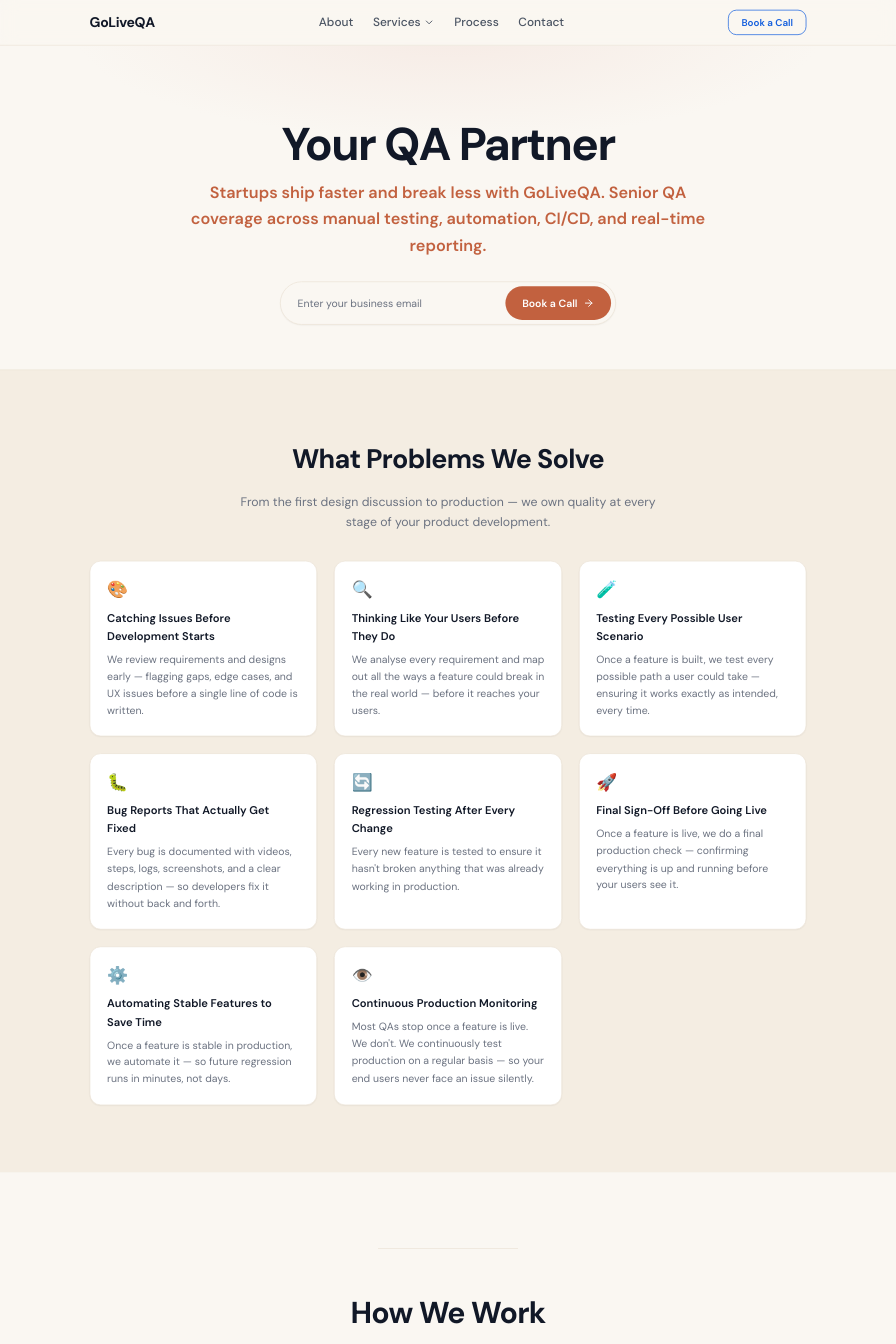
Repository: Monika281992/GoLiveQA
Page: /
The author's editor kept a copy of each file at every save. The page is drawn from the files as they stood at one save, then again after a run of saves.
The browser window is 1280 px wide. The pictures show the part of the page from y = 0 to 1920 px (the page is 4089 px tall before and 4613 px after), at 70% of full size.
The project was rebuilt for these pictures with package versions that can differ from the ones it lists, and the page was loaded fresh each time. The framework's server and built-in components were replaced by stand-ins that run in the browser. Also part of the build but not shown: next.config.mjs.

Above is the page before, as saved 2026-06-27 14:16:11.

### app/layout.tsx
import type { Metadata } from "next";
import { DM_Sans, Kaushan_Script } from "next/font/google";
import "./globals.css";

const dmSans = DM_Sans({
  subsets: ["latin"],
  weight: ["300", "400", "500", "600", "700"],
  variable: "--font-sans",
  display: "swap",
});

const kaushan = Kaushan_Script({
  subsets: ["latin"],
  weight: "400",
  variable: "--font-script",
  display: "swap",
});

export const metadata: Metadata = {
  title: "GoLiveQA",
  description:
    "Senior QA engineer with 9 years of hands-on experience testing Healthcare, SaaS, AI & Real Estate products at startups across India and US. Playwright, Cypress, Postman. Available remotely.",
};

export default function RootLayout({
  children,
}: {
  children: React.ReactNode;
}) {
  return (
    <html lang="en" className={`${dmSans.variable} ${kaushan.variable}`}>
      <body className="font-sans leading-relaxed">{children}</body>
    </html>
  );
}

### app/page.tsx
import { Navbar } from "@/components/navbar";
import { Hero } from "@/components/hero";
import { Problem } from "@/components/problem";
import { Process } from "@/components/process";
import { Pricing } from "@/components/pricing";
import { Contact } from "@/components/contact";
import { Footer } from "@/components/footer";

export default function Home() {
  return (
    <div className="min-h-screen bg-surface">
      <Navbar />
      <main>
        <Hero />
        <Problem />
        <Process />
        <Pricing />
        <Contact />
      </main>
      <Footer />
    </div>
  );
}

### app/globals.css
@tailwind base;
@tailwind components;
@tailwind utilities;

html {
  scroll-behavior: smooth;
}

body {
  background-color: #faf7f2;
  color: #4b5563;
  -webkit-font-smoothing: antialiased;
}

### components/hero.tsx
"use client";

import { useState } from "react";
import { useRouter } from "next/navigation";
import { ArrowRight } from "lucide-react";

export function Hero() {
  const router = useRouter();
  const [email, setEmail] = useState("");
  const [error, setError] = useState("");
  const [status, setStatus] = useState("idle");

  async function handleBook() {
    const trimmed = email.trim();
    if (!trimmed) {
      setError("Please enter your email address.");
      return;
    }
    const valid = /^[^\s@]+@[^\s@]+\.[^\s@]+$/.test(trimmed);
    if (!valid) {
      setError("Please enter a valid email address.");
      return;
    }
    setError("");
    setStatus("loading");
    try {
      await fetch("/api/book", {
        method: "POST",
        headers: { "Content-Type": "application/json" },
        body: JSON.stringify({ email: trimmed }),
      });
    } catch {
      // proceed to form regardless
    }
    router.push(`/book-a-call?email=${encodeURIComponent(trimmed)}`);
  }

  return (
    <section id="top" className="relative overflow-hidden">
      <div className="pointer-events-none absolute inset-0 bg-[radial-gradient(58%_46%_at_50%_-4%,#f6ebe5,transparent_72%)]" />
      <div className="relative mx-auto max-w-[840px] px-5 pb-12 pt-16 text-center sm:px-8 md:pb-16 md:pt-24 lg:px-12 lg:pt-[108px]">
        <h1 className="text-[clamp(2.5rem,7vw,4.1rem)] font-bold leading-[1.03] tracking-[-0.035em] text-ink">
          Your QA Partner
        </h1>
        <p className="mt-4 text-[clamp(1.1rem,2.5vw,1.45rem)] font-semibold text-accent">
          Startups ship faster and break less with GoLiveQA. Senior QA coverage across manual testing, automation, CI/CD, and real-time reporting.
        </p>
        <div className="mt-8 mx-auto max-w-[480px]">
          <div className={`flex items-center overflow-hidden rounded-full border bg-surface shadow-sm transition-colors ${error ? "border-red-400" : "border-hairline"}`}>
            <input
              type="email"
              value={email}
              onChange={(e) => { setEmail(e.target.value); if (error) setError(""); }}
              placeholder="Enter your business email"
              className="flex-1 bg-transparent px-6 py-3.5 text-[15px] text-body outline-none placeholder:text-muted"
            />
            <button
              type="button"
              onClick={handleBook}
              disabled={status === "loading"}
              className="m-1.5 flex items-center gap-2 rounded-full bg-accent px-6 py-3 text-[15px] font-semibold text-white disabled:opacity-70"
            >
              {status === "loading" ? "Loading…" : "Book a Call"}
              {status !== "loading" && <ArrowRight className="h-[16px] w-[16px]" />}
            </button>
          </div>
          {error && (
            <p className="mt-2 text-[13px] text-red-500">{error}</p>
          )}
        </div>
      </div>
    </section>
  );
}

### components/problem.tsx
const problems = [
  {
    icon: "🎨",
    title: "Catching Issues Before Development Starts",
    description:
      "We review requirements and designs early — flagging gaps, edge cases, and UX issues before a single line of code is written.",
  },
  {
    icon: "🔍",
    title: "Thinking Like Your Users Before They Do",
    description:
      "We analyse every requirement and map out all the ways a feature could break in the real world — before it reaches your users.",
  },
  {
    icon: "🧪",
    title: "Testing Every Possible User Scenario",
    description:
      "Once a feature is built, we test every possible path a user could take — ensuring it works exactly as intended, every time.",
  },
  {
    icon: "🐛",
    title: "Bug Reports That Actually Get Fixed",
    description:
      "Every bug is documented with videos, steps, logs, screenshots, and a clear description — so developers fix it without back and forth.",
  },
  {
    icon: "🔄",
    title: "Regression Testing After Every Change",
    description:
      "Every new feature is tested to ensure it hasn't broken anything that was already working in production.",
  },
  {
    icon: "🚀",
    title: "Final Sign-Off Before Going Live",
    description:
      "Once a feature is live, we do a final production check — confirming everything is up and running before your users see it.",
  },
  {
    icon: "⚙️",
    title: "Automating Stable Features to Save Time",
    description:
      "Once a feature is stable in production, we automate it — so future regression runs in minutes, not days.",
  },
  {
    icon: "👁️",
    title: "Continuous Production Monitoring",
    description:
      "Most QAs stop once a feature is live. We don't. We continuously test production on a regular basis — so your end users never face an issue silently.",
  },
];

export function Problem() {
  return (
    <section className="border-t border-hairline bg-surface-soft py-16 md:py-24">
      <div className="mx-auto max-w-container px-5 sm:px-8 lg:px-12">
        <div className="mx-auto max-w-[600px] text-center">
          <h2 className="text-[clamp(1.8rem,3.5vw,2.4rem)] font-bold tracking-[-0.025em] text-ink">
            What Problems We Solve
          </h2>
          <p className="mt-4 text-[clamp(1rem,1.7vw,1.1rem)] leading-relaxed text-muted">
            From the first design discussion to production — we own quality at every stage of your product development.
          </p>
        </div>
        <div className="mx-auto mt-10 grid max-w-[1100px] grid-cols-1 gap-6 sm:grid-cols-2 lg:grid-cols-3">
          {problems.map((p) => (
            <div
              key={p.title}
              className="rounded-[16px] border border-hairline bg-white p-6 shadow-sm"
            >
              <span className="text-2xl">{p.icon}</span>
              <h3 className="mt-3 text-[1rem] font-semibold text-ink">{p.title}</h3>
              <p className="mt-2 text-[15px] leading-relaxed text-muted">{p.description}</p>
            </div>
          ))}
        </div>
      </div>
    </section>
  );
}

### components/process.tsx
import { Card } from "@/components/ui/card";

const steps = [
  {
    n: "01",
    title: "Discovery Call",
    desc: "A quick call to understand your product and how your team works.",
  },
  {
    n: "02",
    title: "We Build Your QA Strategy",
    desc: "Test strategy, test cases, and the right mix of manual and automated testing for your product.",
  },
  {
    n: "03",
    title: "We Test Every Feature Before It Ships",
    desc: "Manual and automated tests every sprint. Clear go/no-go before anything ships.",
  },
  {
    n: "04",
    title: "Full Visibility, Always",
    desc: "Results land in your Slack automatically. No chasing updates before every release.",
  },
];

export function Process() {
  return (
    <section
      id="process"
      className="bg-surface py-16 md:py-24 lg:py-[108px]"
    >
      <div className="mx-auto max-w-container px-5 sm:px-8 lg:px-12">
        <div className="mx-auto mb-14 max-w-[200px]">
          <div className="h-px w-full bg-hairline" />
        </div>
        <div className="mx-auto max-w-[660px] text-center">
          <h2 className="text-[clamp(2rem,4.4vw,2.7rem)] font-bold tracking-[-0.025em] text-ink">
            How We Work
          </h2>
          <p className="mt-4 text-[clamp(1rem,1.7vw,1.15rem)] leading-relaxed text-muted">
            Here&apos;s exactly what happens when you work with us.
          </p>
        </div>
        <div className="mt-10 grid grid-cols-1 gap-5 sm:grid-cols-2 lg:grid-cols-4">
          {steps.map((s) => (
            <Card
              key={s.n}
              className="rounded-[18px] p-7 pt-[30px] transition-all hover:-translate-y-1 hover:shadow-lift"
            >
              <div className="mb-5 flex h-[52px] w-[52px] items-center justify-center rounded-[14px] bg-accent text-[19px] font-bold text-white shadow-[0_8px_18px_-8px_#c2613f]">
                {s.n}
              </div>
              <h3 className="mb-2 text-[1.1rem] font-bold text-ink">{s.title}</h3>
              <p className="text-[0.95rem] leading-relaxed text-muted">{s.desc}</p>
            </Card>
          ))}
        </div>
      </div>
    </section>
  );
}

### components/pricing.tsx
import { Calendar, Check } from "lucide-react";
import { Button } from "@/components/ui/button";

const guarantees = [
  "No surprise charges",
  "No long-term lock-in",
  "Senior engineer, always",
];

export function Pricing() {
  return (
    <section id="pricing" className="py-16 md:py-24 lg:py-[108px]">
      <div className="mx-auto max-w-container px-5 sm:px-8 lg:px-12">
        <div className="relative mx-auto max-w-[740px] overflow-hidden rounded-[26px] border border-hairline bg-white px-6 py-10 text-center shadow-cta sm:px-14 md:py-[68px]">
          <div className="pointer-events-none absolute inset-0 bg-[radial-gradient(70%_60%_at_50%_0%,#f6ebe5,transparent_70%)]" />
          <div className="relative">
            <h2 className="text-[clamp(2rem,4.6vw,2.9rem)] font-bold leading-[1.08] tracking-[-0.025em] text-ink">
              Let&apos;s Talk About Your Product
            </h2>
            <p className="mx-auto mt-[18px] max-w-[560px] text-[clamp(1rem,1.7vw,1.13rem)] leading-relaxed text-muted">
              Every engagement is scoped to your product size, release frequency, and
              testing needs. Book a 30-minute call — I&apos;ll give you a clear, honest
              quote within 24 hours.
            </p>
            <div className="mt-8">
              <Button asChild size="lg">
                <a href="#contact">
                  <Calendar className="h-[19px] w-[19px]" />
                  Book a 30-min Call
                </a>
              </Button>
            </div>
            <div className="mt-7 flex flex-wrap justify-center gap-x-[26px] gap-y-3 text-sm text-body">
              {guarantees.map((g) => (
                <span key={g} className="inline-flex items-center gap-2">
                  <Check className="h-[17px] w-[17px] text-green-600" />
                  {g}
                </span>
              ))}
            </div>
          </div>
        </div>
      </div>
    </section>
  );
}

### components/footer.tsx
const links = [
  { label: "About", href: "#about" },
  { label: "How Can I Help", href: "#services" },
  { label: "Process", href: "#process" },
  { label: "Contact", href: "#contact" },
];

export function Footer() {
  return (
    <footer className="border-t border-hairline bg-white py-8">
      <div className="mx-auto flex max-w-container flex-wrap items-center justify-between gap-x-7 gap-y-4 px-5 sm:px-8 lg:px-12">
        <a href="#top" className="text-lg font-bold tracking-tight text-brand">
          GoLiveQA
        </a>
        <div className="flex flex-wrap gap-6">
          {links.map((l) => (
            <a
              key={l.href}
              href={l.href}
              className="text-sm text-muted transition-colors hover:text-ink"
            >
              {l.label}
            </a>
          ))}
        </div>
        <p className="text-[13.5px] text-faint">
          © 2026 GoLiveQA. All rights reserved. A boutique QA consultancy.
        </p>
      </div>
    </footer>
  );
}

### components/ui/button.tsx
import * as React from "react";
import { Slot } from "@radix-ui/react-slot";
import { cva, type VariantProps } from "class-variance-authority";
import { cn } from "@/lib/utils";

const buttonVariants = cva(
  "inline-flex items-center justify-center gap-2 whitespace-nowrap rounded-xl font-semibold transition-all focus-visible:outline-none focus-visible:ring-2 focus-visible:ring-brand/40 focus-visible:ring-offset-2 disabled:pointer-events-none disabled:opacity-50",
  {
    variants: {
      variant: {
        default:
          "bg-brand text-white shadow-brand hover:bg-brand-dark hover:-translate-y-0.5",
        outline:
          "border-[1.5px] border-brand text-brand hover:bg-brand hover:text-white",
        ghost: "text-brand hover:bg-brand/5",
      },
      size: {
        default: "h-11 px-6 text-[15px]",
        lg: "h-[52px] px-7 text-base",
        sm: "h-9 px-[18px] text-sm",
      },
    },
    defaultVariants: {
      variant: "default",
      size: "default",
    },
  }
);

export interface ButtonProps
  extends React.ButtonHTMLAttributes<HTMLButtonElement>,
    VariantProps<typeof buttonVariants> {
  asChild?: boolean;
}

const Button = React.forwardRef<HTMLButtonElement, ButtonProps>(
  ({ className, variant, size, asChild = false, ...props }, ref) => {
    const Comp = asChild ? Slot : "button";
    return (
      <Comp
        className={cn(buttonVariants({ variant, size, className }))}
        ref={ref}
        {...props}
      />
    );
  }
);
Button.displayName = "Button";

export { Button, buttonVariants };

### components/ui/card.tsx
import * as React from "react";
import { cn } from "@/lib/utils";

const Card = React.forwardRef<
  HTMLDivElement,
  React.HTMLAttributes<HTMLDivElement>
>(({ className, ...props }, ref) => (
  <div
    ref={ref}
    className={cn(
      "rounded-2xl border border-hairline bg-white shadow-card",
      className
    )}
    {...props}
  />
));
Card.displayName = "Card";

const CardHeader = React.forwardRef<
  HTMLDivElement,
  React.HTMLAttributes<HTMLDivElement>
>(({ className, ...props }, ref) => (
  <div ref={ref} className={cn("flex flex-col space-y-1.5 p-7", className)} {...props} />
));
CardHeader.displayName = "CardHeader";

const CardTitle = React.forwardRef<
  HTMLDivElement,
  React.HTMLAttributes<HTMLHeadingElement>
>(({ className, ...props }, ref) => (
  <h3
    ref={ref}
    className={cn("text-lg font-bold leading-snug text-ink", className)}
    {...props}
  />
));
CardTitle.displayName = "CardTitle";

const CardContent = React.forwardRef<
  HTMLDivElement,
  React.HTMLAttributes<HTMLDivElement>
>(({ className, ...props }, ref) => (
  <div ref={ref} className={cn("p-7 pt-0", className)} {...props} />
));
CardContent.displayName = "CardContent";

export { Card, CardHeader, CardTitle, CardContent };

### components/icons.tsx
// Inline brand glyphs not reliably present in current lucide-react builds.
export function LinkedInIcon({ className }: { className?: string }) {
  return (
    <svg viewBox="0 0 24 24" fill="currentColor" className={className} aria-hidden="true">
      <path d="M4.98 3.5C4.98 4.88 3.87 6 2.5 6S0 4.88 0 3.5 1.12 1 2.5 1 4.98 2.12 4.98 3.5zM.25 8h4.5v15H.25V8zm7.5 0h4.31v2.05h.06c.6-1.07 2.07-2.2 4.26-2.2 4.56 0 5.4 2.85 5.4 6.56V23h-4.5v-6.2c0-1.48-.03-3.38-2.06-3.38-2.07 0-2.39 1.6-2.39 3.27V23h-4.5V8z" />
    </svg>
  );
}

### tailwind.config.ts
import type { Config } from "tailwindcss";

const config: Config = {
  content: [
    "./app/**/*.{ts,tsx}",
    "./components/**/*.{ts,tsx}",
  ],
  theme: {
    extend: {
      colors: {
        // Brand action color (blue) — CTAs, links
        brand: { DEFAULT: "#145fdd", dark: "#0d46b8" },
        // Warm personal accent (terracotta) — eyebrows, badges, signature
        accent: { DEFAULT: "#c2613f", soft: "#f6ebe5" },
        // Warm surfaces
        surface: { DEFAULT: "#faf7f2", soft: "#f4ede2" },
        hairline: "#ece4d7",
        // Text
        ink: "#111827",
        body: "#4b5563",
        muted: "#6b7280",
        faint: "#9ca3af",
      },
      fontFamily: {
        sans: ["var(--font-sans)", "system-ui", "sans-serif"],
        script: ["var(--font-script)", "cursive"],
      },
      maxWidth: {
        container: "1120px",
      },
      boxShadow: {
        card: "0 1px 3px rgba(0,0,0,0.03)",
        lift: "0 20px 40px -18px rgba(0,0,0,0.16)",
        brand: "0 8px 20px -8px rgba(20,95,221,0.5)",
        photo: "0 18px 44px -22px rgba(0,0,0,0.28)",
        cta: "0 28px 70px -34px rgba(0,0,0,0.22)",
      },
    },
  },
  plugins: [],
};

export default config;

Loaded but not shown: lib/utils.ts (common file); components/navbar.tsx (185 lines, source omitted); components/contact.tsx (242 lines, source omitted); components/ProblemsWeSolve.jsx (266 lines, source omitted)

After the next 2 saves:
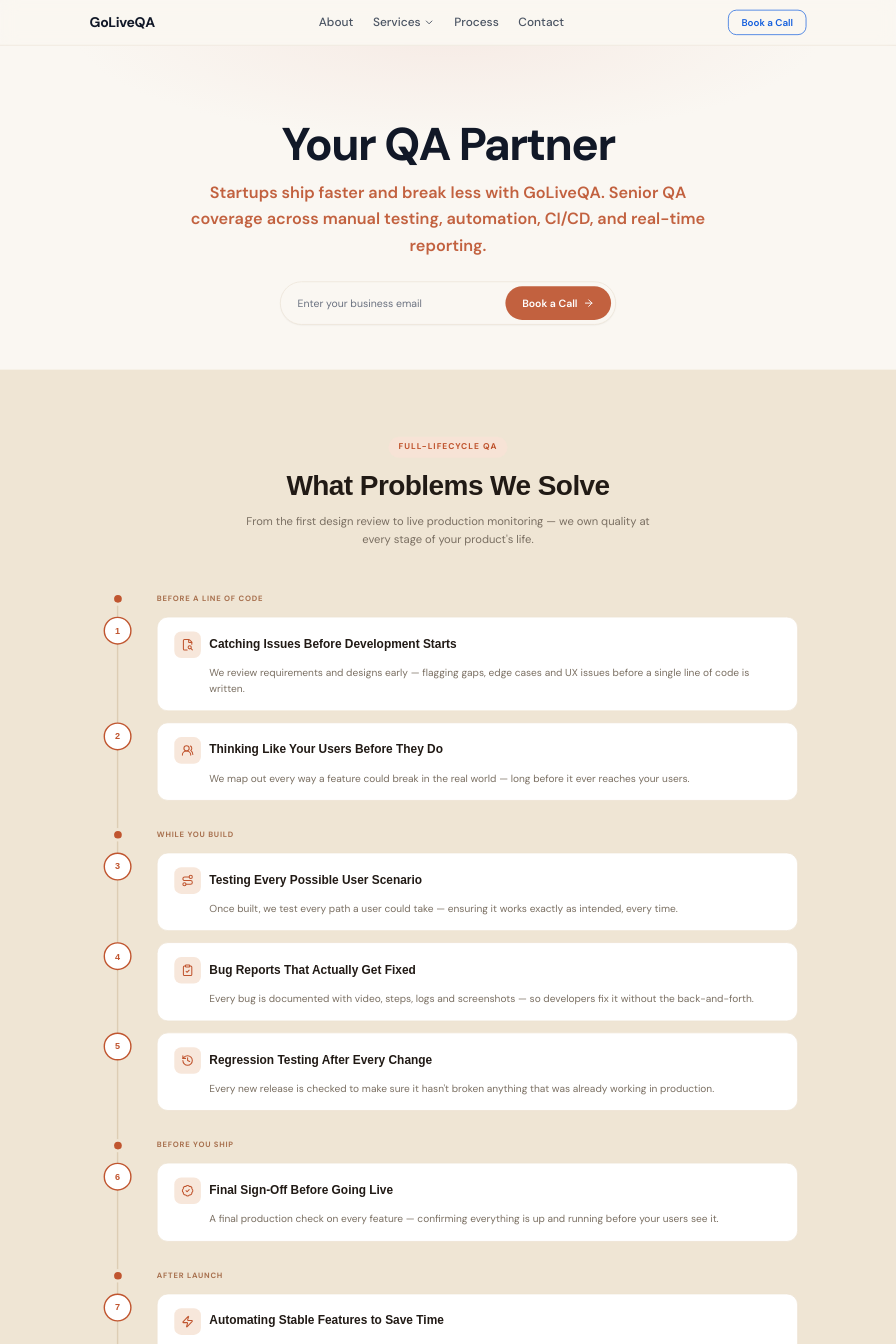
The 2 saves are shown as one change because they came seconds apart.
The last was saved 7 s later.
--- a/app/page.tsx
+++ b/app/page.tsx
@@ -1,6 +1,6 @@
 import { Navbar } from "@/components/navbar";
 import { Hero } from "@/components/hero";
-import { Problem } from "@/components/problem";
+import { ProblemsWeSolve } from "@/components/ProblemsWeSolve";
 import { Process } from "@/components/process";
 import { Pricing } from "@/components/pricing";
 import { Contact } from "@/components/contact";
@@ -12,7 +12,7 @@
       <Navbar />
       <main>
         <Hero />
-        <Problem />
+        <ProblemsWeSolve />
         <Process />
         <Pricing />
         <Contact />
